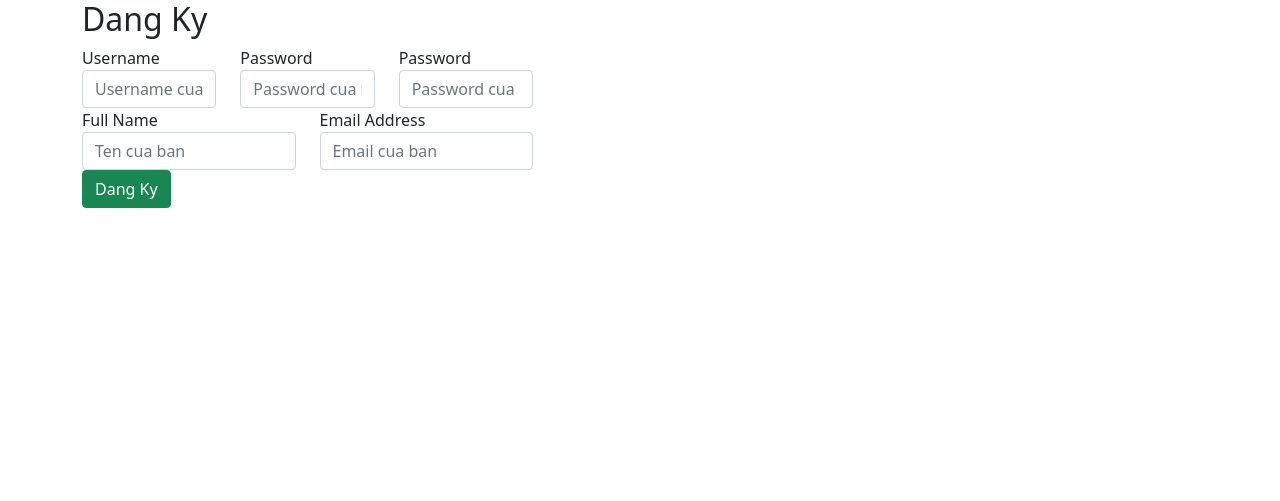
Repository: kiennd3921/AssJava4
Page: http://localhost/Assignment/view/auth/DangKy.jsp
These files come from the project's save history. The page is drawn as it stood at one moment and after the next save; the edit follows.
The browser window is 1280 px wide. The pictures show the whole page.
The page is served by Tomcat 9. Other server files are loaded and not shown.

Above is the page before, as saved 2021-04-17 15:31:11.

### PT15307-UD/Assignment/WebContent/view/auth/DangKy.jsp
<%@ page language="java" contentType="text/html; charset=ISO-8859-1"
	pageEncoding="UTF-8"%>
<!DOCTYPE html>
<html>
<head>
<meta charset="UTF-8">
<meta name="viewport" content="width = device-width, initial-scale=1.0">
<title>Insert title here</title>
<%@ taglib uri="http://java.sun.com/jstl/core_rt" prefix="c"%>
<link rel="stylesheet" type="text/css">
<link
	href="https://cdn.jsdelivr.net/npm/bootstrap@5.0.0-beta2/dist/css/bootstrap.min.css"
	rel="stylesheet"
	integrity="sha384-BmbxuPwQa2lc/FVzBcNJ7UAyJxM6wuqIj61tLrc4wSX0szH/Ev+nYRRuWlolflfl"
	crossorigin="anonymous">

</head>
<body>
	<div class="container">
		<div class="row">
			<div class="col-md-5">
				<form>
					<h2>Dang Ky</h2>
					<div class="row">
						<div class="col">
							<label>Username</label> <input type="text" class="form-control"
								placeholder="Username cua ban" required name="">
						</div>
						<div class="col">
							<label>Password</label> <input type="password"
								class="form-control" placeholder="Password cua ban" required
								name="">
						</div>
						<div class="col">
							<label>Password</label> <input type="password"
								class="form-control" placeholder="Password cua ban" required
								name="">
						</div>
					</div>
					<div class="row">
						<div class="col">
							<label>Full Name</label> <input type="text" class="form-control"
								placeholder="Ten cua ban" required name="">
						</div>
						<div class="col">
							<label>Email Address</label> <input type="email"
								class="form-control" placeholder="Email cua ban" required
								name="">
						</div>
					</div>
					<div class="form-group">
						<button class="btn btn-success" type="submit">Dang Ky</button>
					</div>
				</form>
			</div>
		</div>
	</div>
</body>
</html>

After the next save:
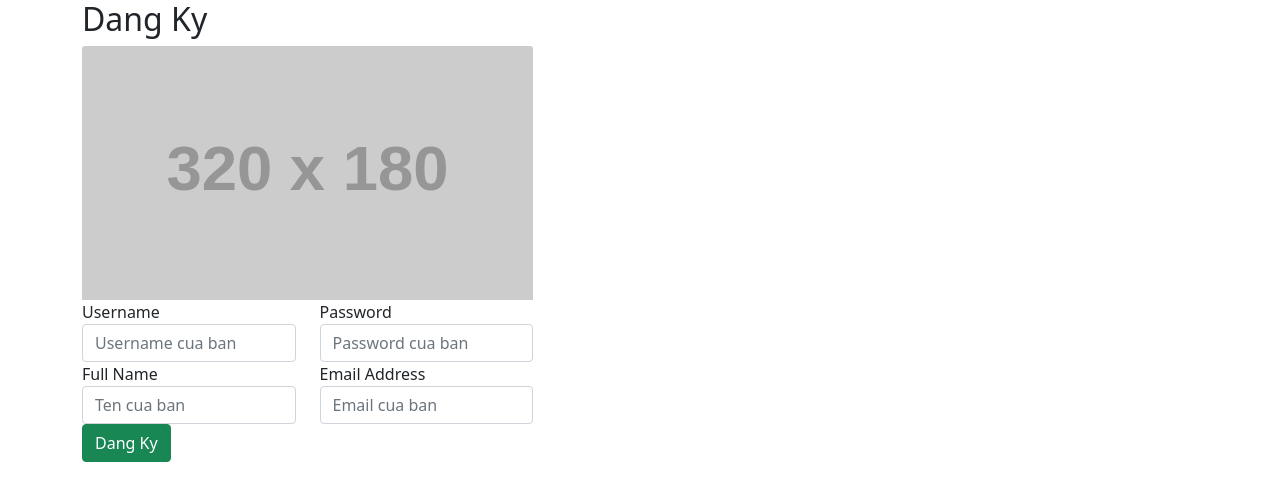
Saved 2 min 4 s later.
--- a/PT15307-UD/Assignment/WebContent/view/auth/DangKy.jsp
+++ b/PT15307-UD/Assignment/WebContent/view/auth/DangKy.jsp
@@ -21,6 +21,10 @@
 			<div class="col-md-5">
 				<form>
 					<h2>Dang Ky</h2>
+					<div float="left">
+						<img src="https://via.placeholder.com/320x180"
+								class="card-img-top" alt="Card image cap">
+					</div>
 					<div class="row">
 						<div class="col">
 							<label>Username</label> <input type="text" class="form-control"
@@ -31,11 +35,7 @@
 								class="form-control" placeholder="Password cua ban" required
 								name="">
 						</div>
-						<div class="col">
-							<label>Password</label> <input type="password"
-								class="form-control" placeholder="Password cua ban" required
-								name="">
-						</div>
+
 					</div>
 					<div class="row">
 						<div class="col">
